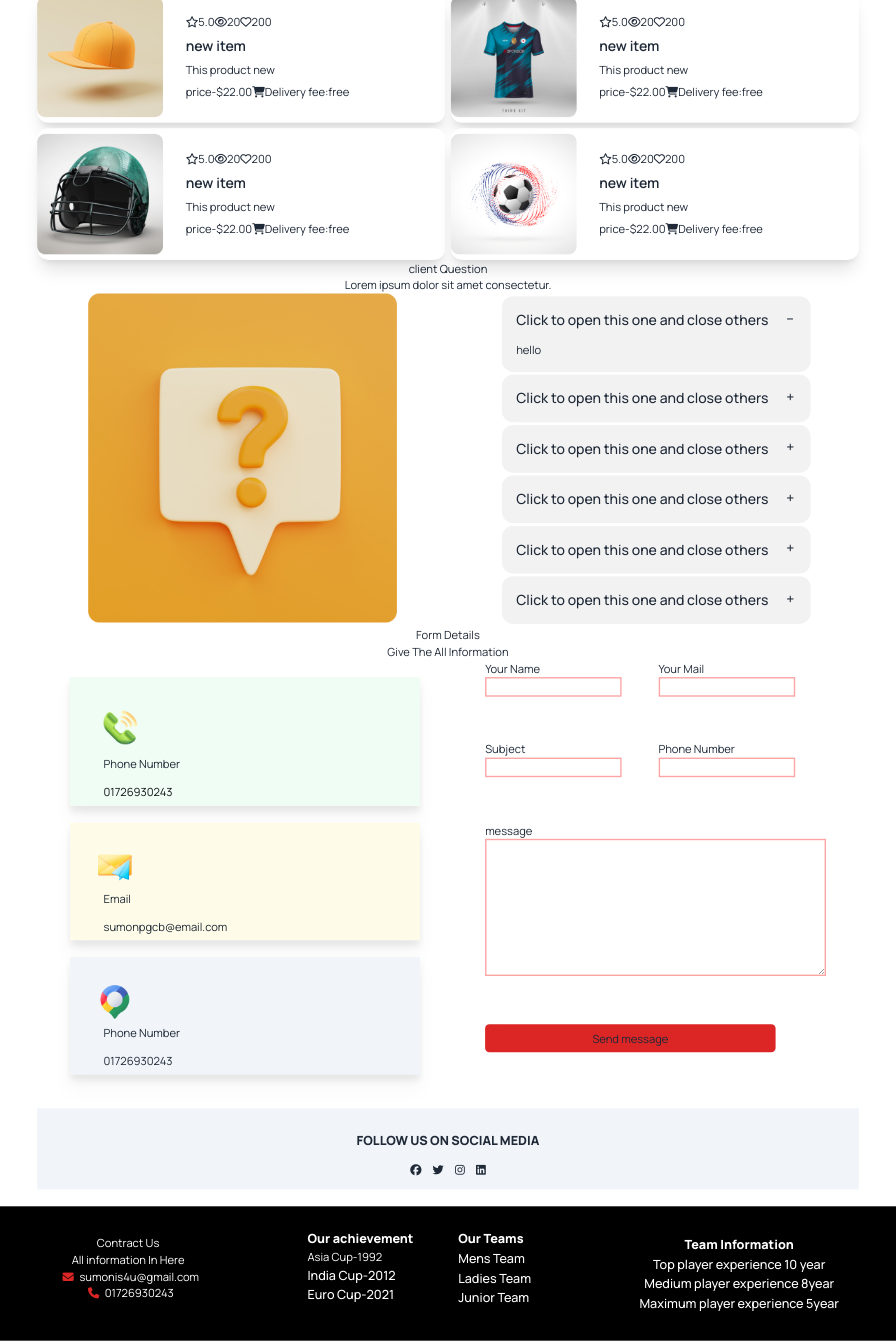
Repository: sumonkumarsarkar/bd-hockeys-team
Page: index.html
The author's editor kept a copy of each file at every save. The page is drawn from the files as they stood at one save, then again after the next save.
The browser window is 1280 px wide. The pictures show the part of the page from y = 2165 to 4085 px (the page is 4081 px tall before and 4085 px after), at 70% of full size.
Some web libraries are served in a nearby version.

Above is the page before, as saved 2024-01-24 17:21:15.

After the next save:
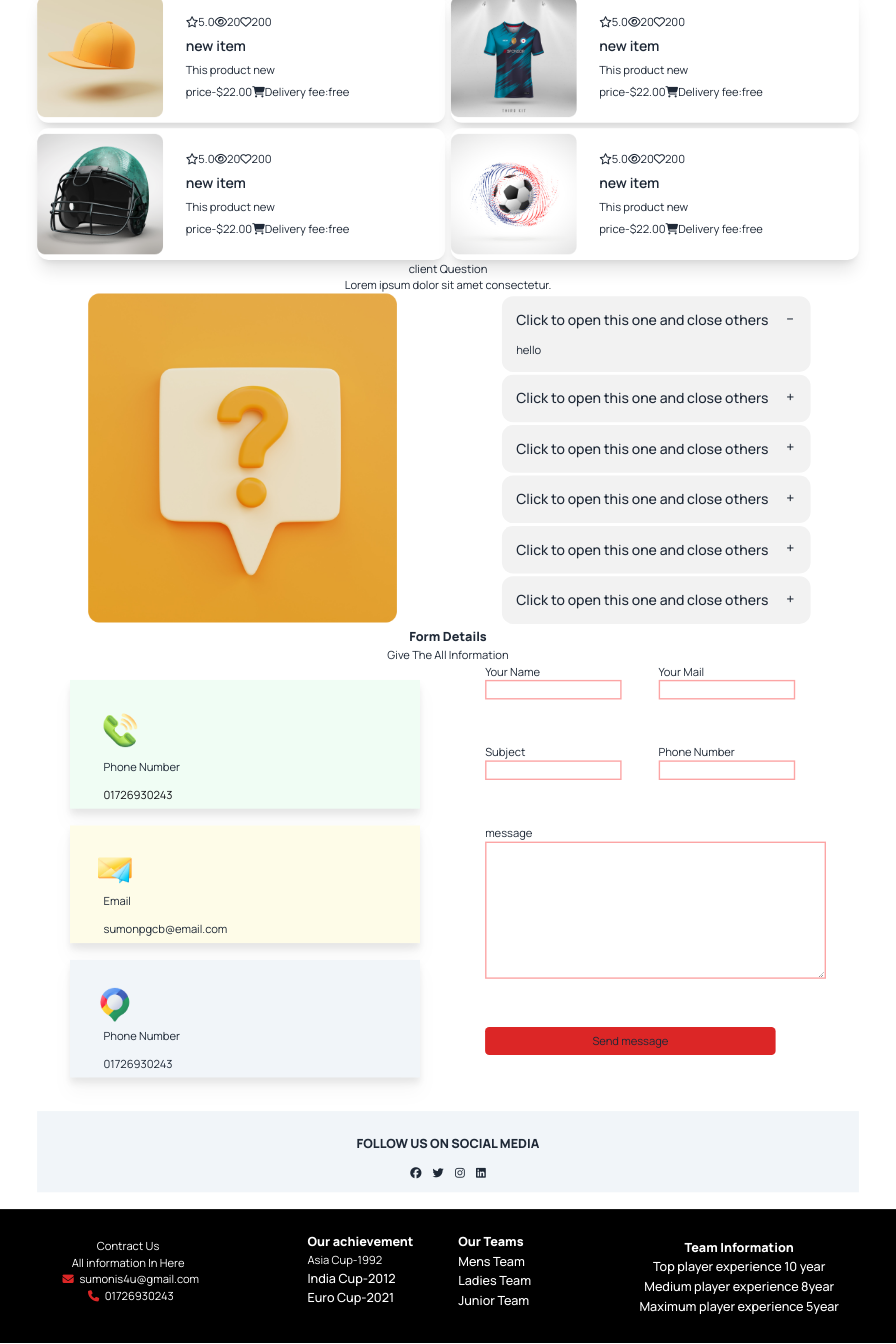
Saved 64 s later.
--- a/index.html
+++ b/index.html
@@ -489,7 +489,7 @@
 
 
     <div class="text-center">
-        <h2>Form Details</h2>
+        <h2 class="font-extrabold text-[ #FFF;] text-lg">Form Details</h2>
         <p>Give The All Information</p>
        </div>
 
